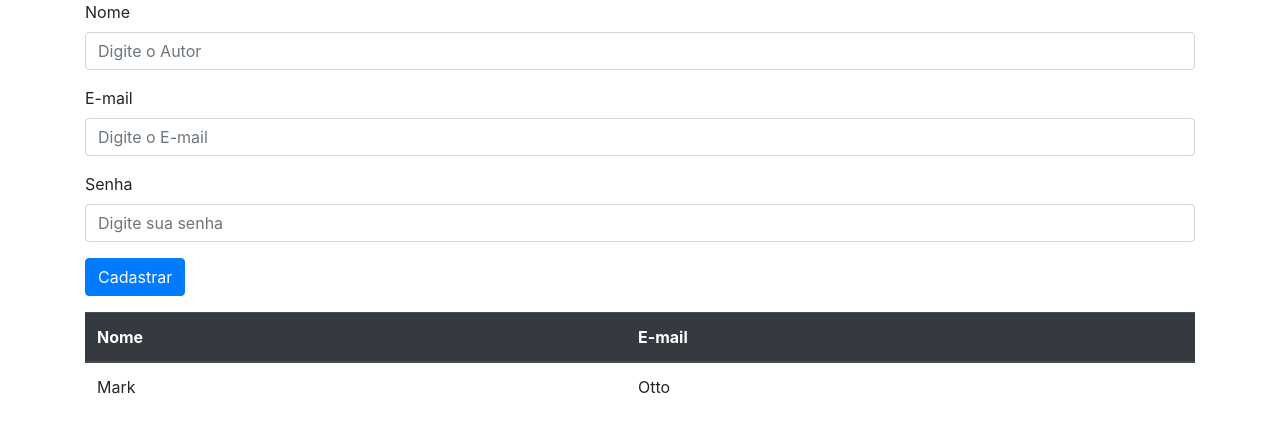
Repository: wellersonfc/simple-crud-react
Page: /
These files come from the project's save history. The page is drawn as it stood at one moment and after the next save; the edit follows.
The browser window is 1280 px wide. The pictures show the whole page.
The project was rebuilt for these pictures with package versions that can differ from the ones it lists, and the page was loaded fresh each time.

Above is the page before, as saved 2019-09-22 15:33:08.

After the next save:
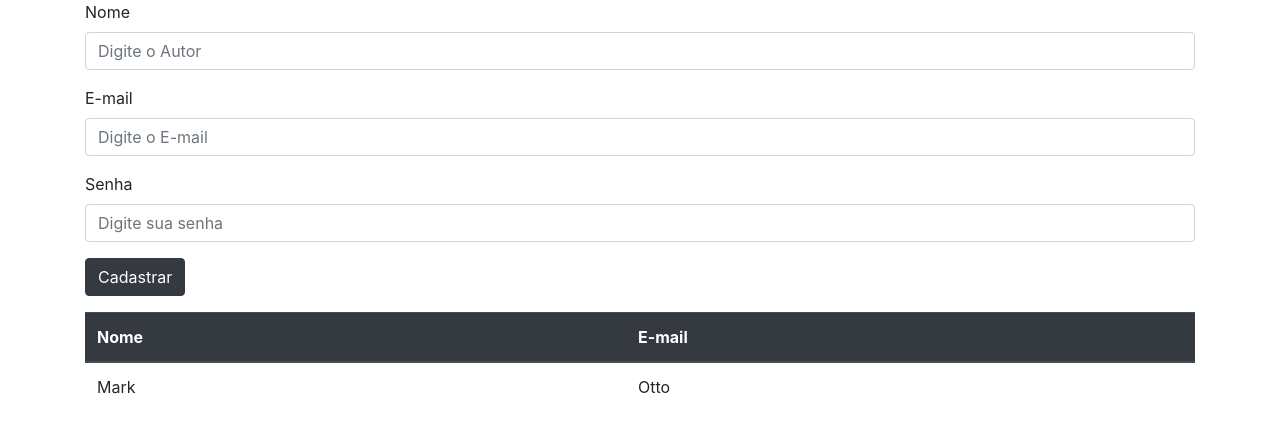
Saved 12 s later.
--- a/src/App.js
+++ b/src/App.js
@@ -19,7 +19,7 @@ function App() {
               <label for="senha">Senha</label>
               <input type="password" class="form-control" id="senha" placeholder="Digite sua senha"/>
             </div>
-            <button type="submit" class="btn btn-primary">Cadastrar</button>
+            <button type="submit" class="btn btn-dark">Cadastrar</button>
         </form>
         </div>
 
